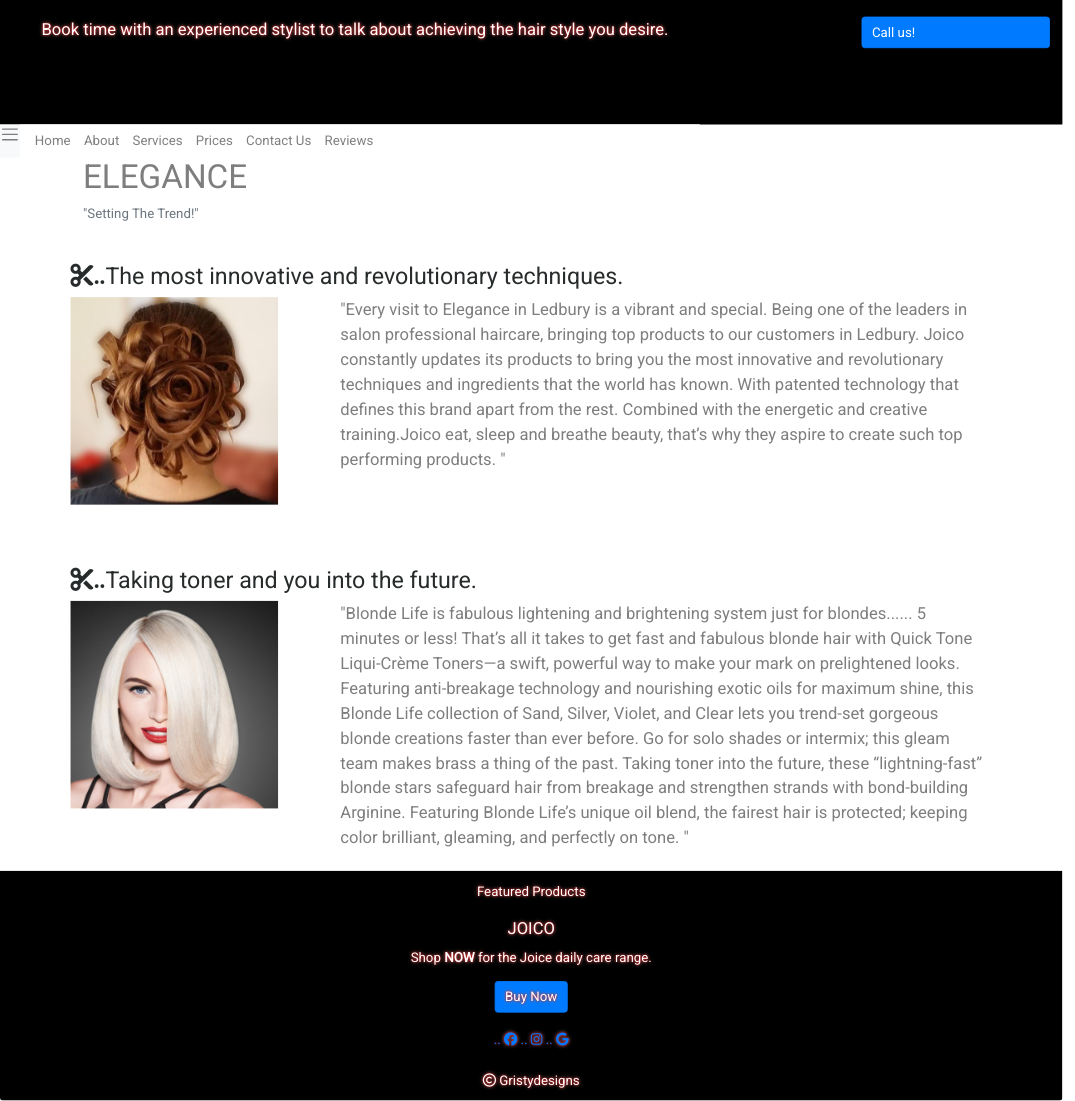
Repository: Gristydesigns/elegance-salon
Page: index.html
The author's editor kept a record of every edit. The page is drawn from the files as they stood at one moment, then again after the next edit.
The browser window is 1280 px wide. The page is 1295 px wide, so the pictures cover 1295 px, including what lies to the right of the window. The pictures show the whole page, at 83% of full size.
Some web libraries are served in a nearby version.

Above is the page before.

After the next edit:
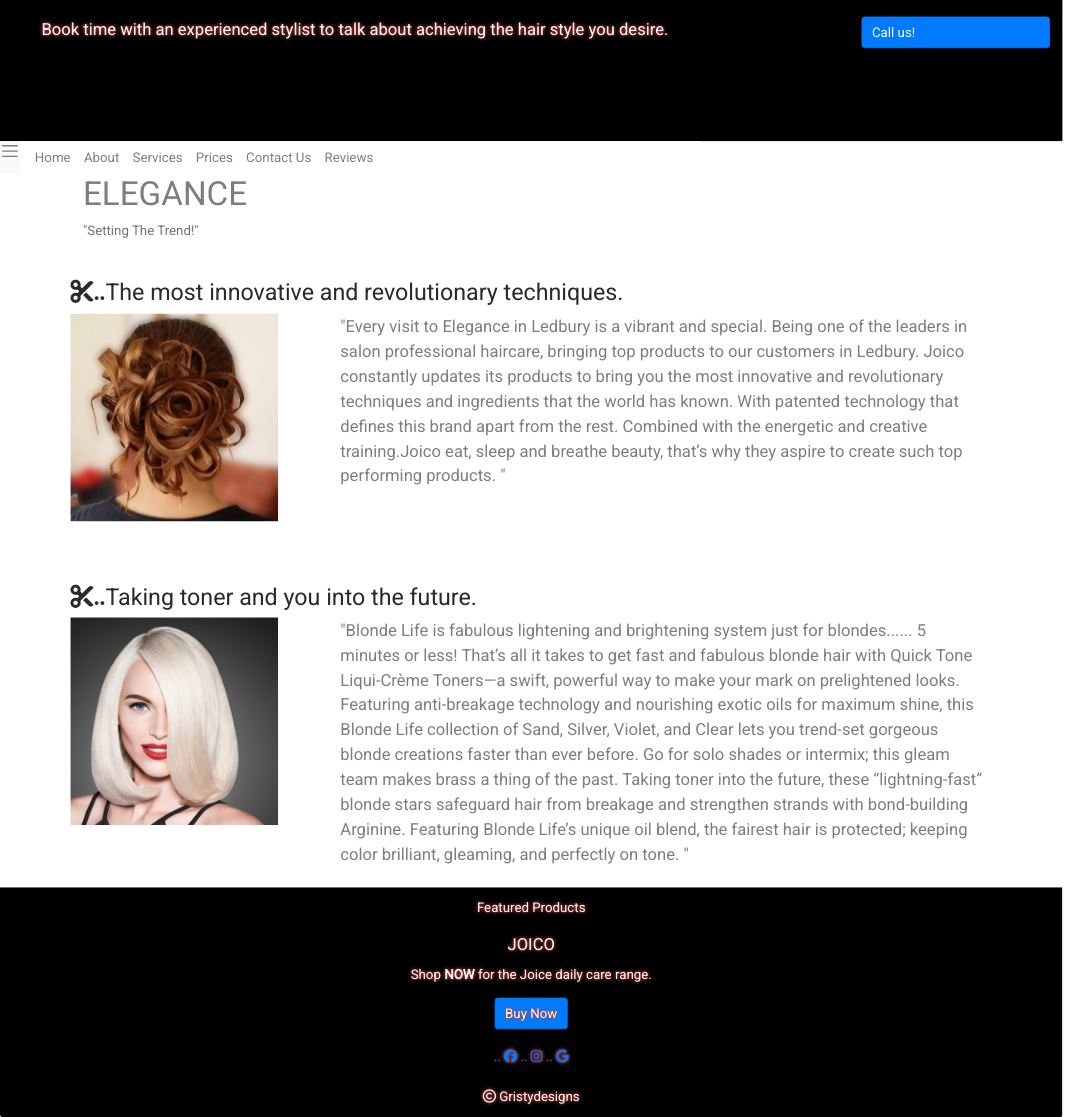
The edit:
--- a/assets/css/style.css
+++ b/assets/css/style.css
@@ -14,7 +14,7 @@
 /*---------------------------------call out */
 
 .call-to-action {
-    height:150px;
+    height:170px;
     width: 100%;
     background-color: black;
     font-size:20px;
